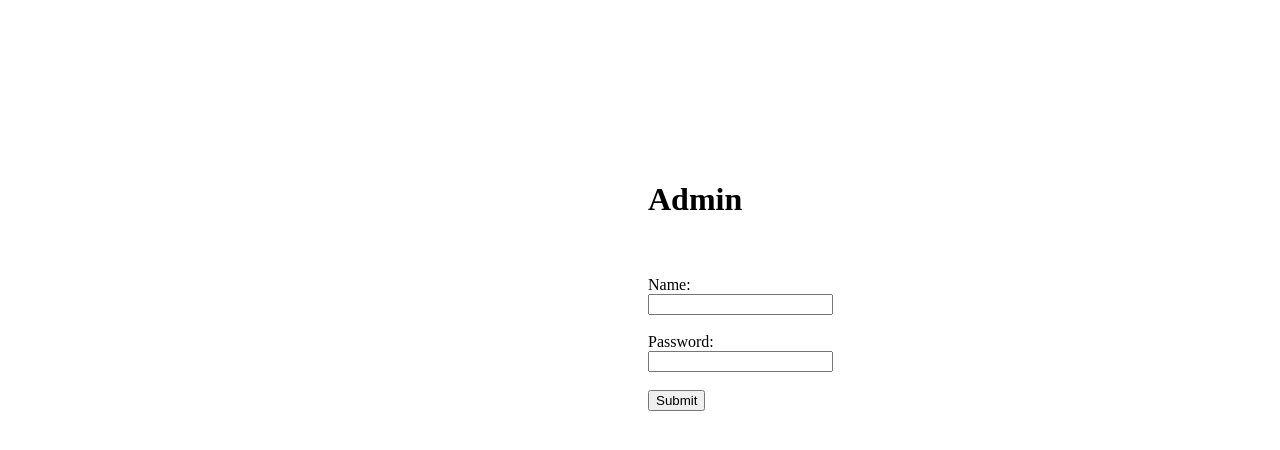
Repository: Shivamkr522/Contact_Us_Page
Page: http://localhost/serlvet/login.jsp
The author's editor kept a copy of each file at every save. The page is drawn from the files as they stood at one save, then again after the next save.
The browser window is 1280 px wide. The pictures show the whole page.
The page is served by Tomcat 9. Other server files are loaded and not shown.

Above is the page before, as saved 2022-12-11 22:19:32.

### serlvet/src/main/webapp/login.jsp
<%@ page language="java" contentType="text/html; charset=UTF-8"
    pageEncoding="UTF-8"%>
<!DOCTYPE html>
<html>
<head>
<meta charset="UTF-8">
<title>Login</title>
<link rel="stylesheet" href="login.css" />
</head>
<body>
<%response.setHeader("Cache-Control", "no-cache, no-store, must-revalidate"); %>
	<div id="main-form">
		<form class="center" action="login" method="post">
			<h1>Admin</h1><br><br>
			<div>
				Name:<br><input type="text" name="name"><br><br>
			</div>
			<div>
				Password:<br><input type="password"  name="password"><br><br>
			</div>
			<input type="Submit">
		</form>
	</div>
</body>
</html>

### serlvet/src/main/webapp/login.css
@charset "UTF-8";

#main-form{
	display: flex;
	flex-direction: column;
	background-color: #FAEAB1;
	margin: 10rem 40rem;
	text-align: center;
}

After the next save:
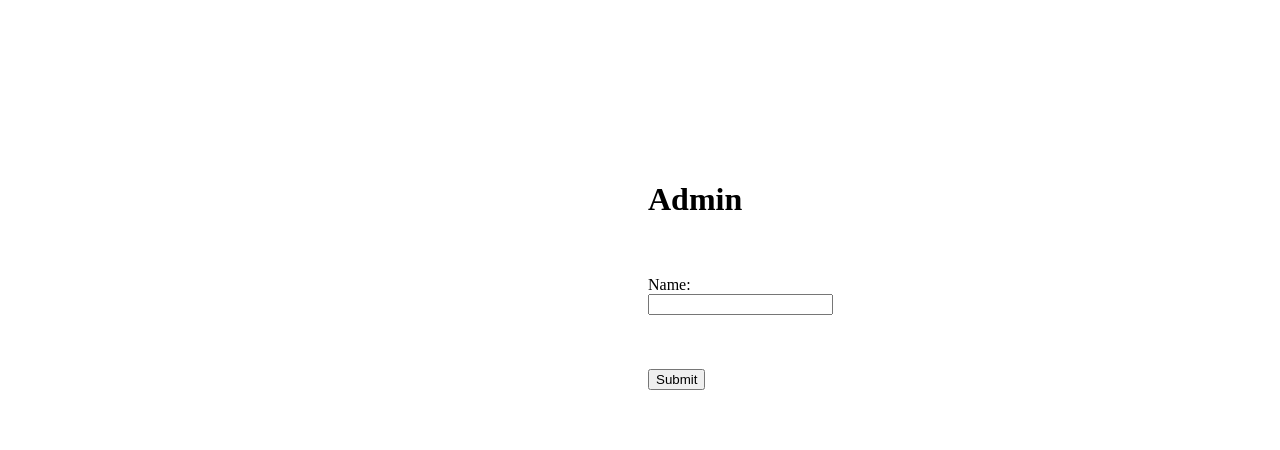
Saved 40 s later.
--- a/serlvet/src/main/webapp/login.jsp
+++ b/serlvet/src/main/webapp/login.jsp
@@ -12,10 +12,10 @@
 	<div id="main-form">
 		<form class="center" action="login" method="post">
 			<h1>Admin</h1><br><br>
-			<div>
+			<div id="name">
 				Name:<br><input type="text" name="name"><br><br>
 			</div>
-			<div>
+			<div id="password>
 				Password:<br><input type="password"  name="password"><br><br>
 			</div>
 			<input type="Submit">

After the save that followed:
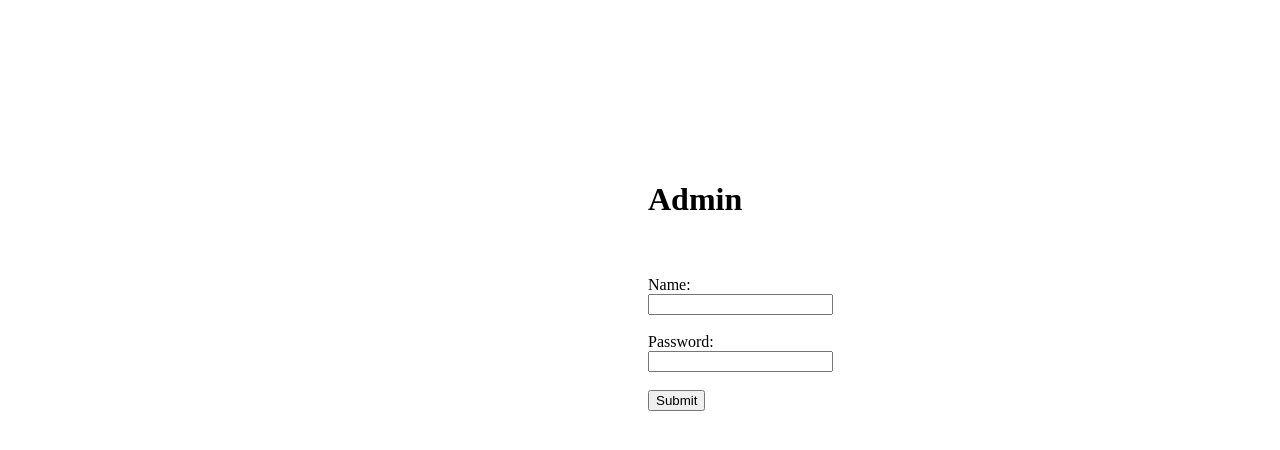
Saved 4 s later.
--- a/serlvet/src/main/webapp/login.jsp
+++ b/serlvet/src/main/webapp/login.jsp
@@ -15,7 +15,7 @@
 			<div id="name">
 				Name:<br><input type="text" name="name"><br><br>
 			</div>
-			<div id="password>
+			<div id="password">
 				Password:<br><input type="password"  name="password"><br><br>
 			</div>
 			<input type="Submit">
